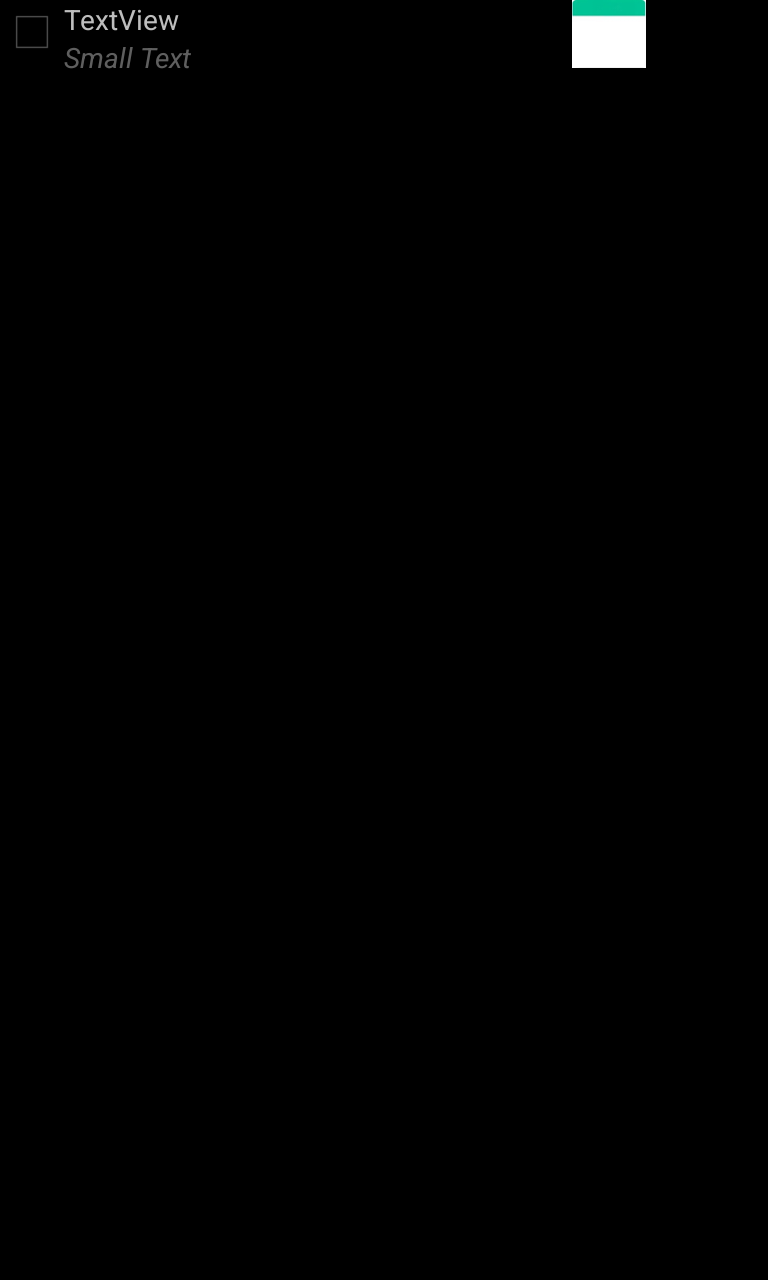
Repository: Damaitan/JTD
Layout: Mobile/res/layout/task_folder_item.xml
An editor plug-in stored every save of this project. The layout is shown before and after the next save, followed by the edit.
It is drawn on a 768 x 1280 px phone screen (xhdpi) without system bars, with theme android:Theme.Holo; the app's code is not run.

Above is the layout before, as saved 2015-01-09 08:20:48.

After the next save:
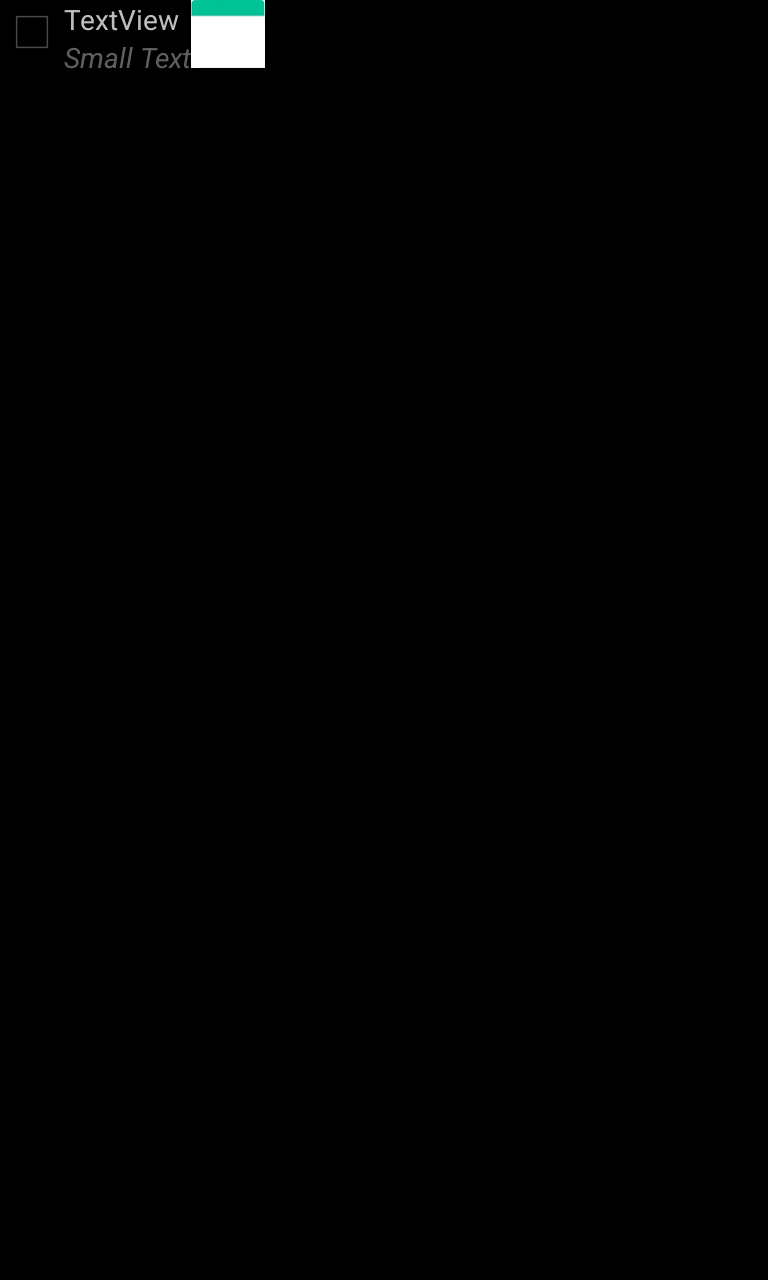
Saved 9 s later.
--- a/Mobile/res/layout/task_folder_item.xml
+++ b/Mobile/res/layout/task_folder_item.xml
@@ -17,7 +17,6 @@
 
     <TextView
         android:id="@+id/task_folder_item_name"
-        android:layout_width="246dp"
         android:layout_column="1"
         android:layout_gravity="left|fill_horizontal"
         android:layout_row="0"
@@ -26,7 +25,6 @@
 
     <TextView
         android:id="@+id/task_folder_item_tag"
-        android:layout_width="254dp"
         android:layout_column="1"
         android:layout_gravity="left|fill_horizontal"
         android:layout_row="1"
